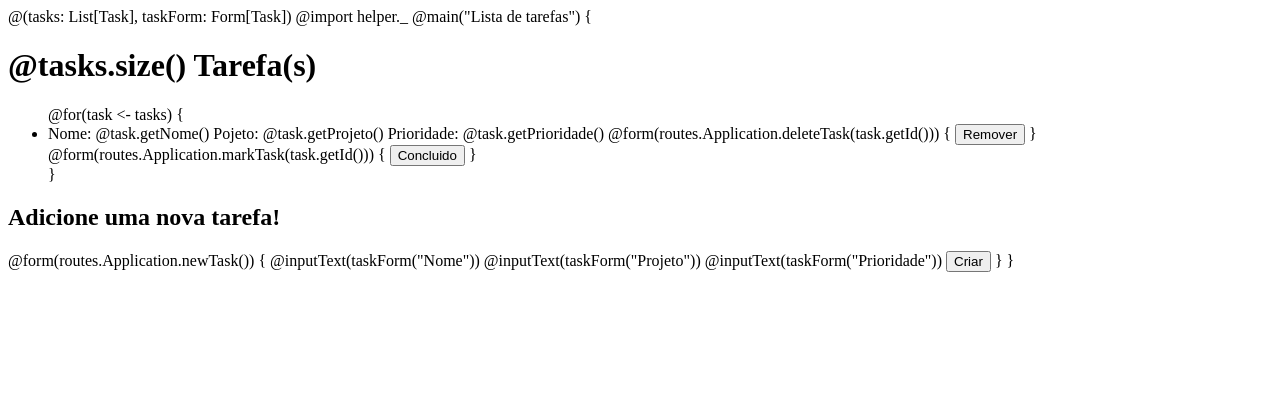
Repository: lcavalcante/si1
Page: lab2/.target/views/index.scala.html
These files come from the project's save history. The page is drawn as it stood at one moment and after the next save; the edit follows.
The browser window is 1280 px wide. The pictures show the whole page.

Above is the page before, as saved 2013-11-27 00:27:33.

### lab2/.target/views/index.scala.html
@(tasks: List[Task], taskForm: Form[Task])

@import helper._

@main("Lista de tarefas") {

    <h1>@tasks.size() Tarefa(s)</h1>

    <ul>
        @for(task <- tasks) {
            <li>
                Nome: @task.getNome() Pojeto: @task.getProjeto() Prioridade: @task.getPrioridade()

                @form(routes.Application.deleteTask(task.getId())) {
                    <input type="submit" value="Remover">

                }

                @form(routes.Application.markTask(task.getId())) {
                    <input type="submit" value="Concluido">
                }


            </li>
        }
    </ul>

    <h2>Adicione uma nova tarefa!</h2>

    @form(routes.Application.newTask()) {

        @inputText(taskForm("Nome"))
        @inputText(taskForm("Projeto"))
        @inputText(taskForm("Prioridade"))

        <input type="submit" value="Criar">

    }

}

After the next save:
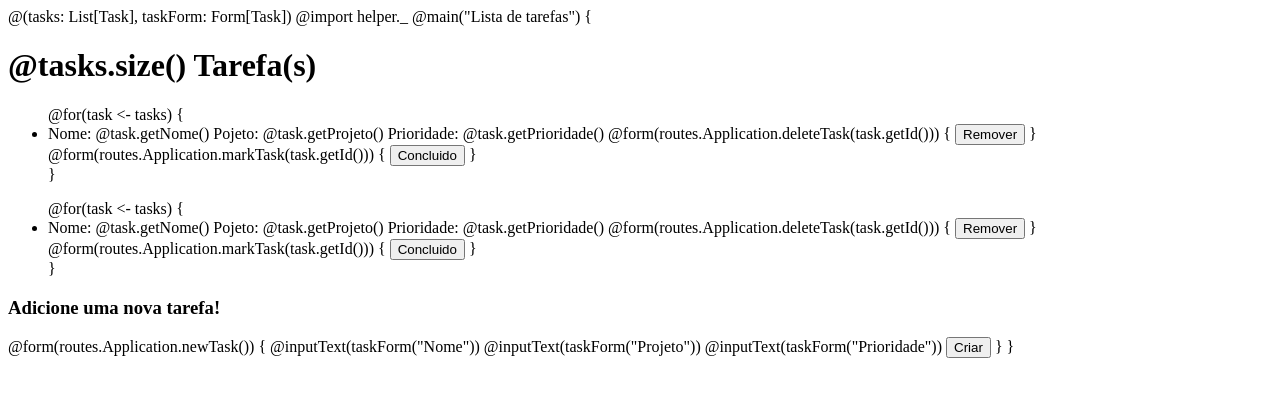
Saved 69 s later.
--- a/lab2/.target/views/index.scala.html
+++ b/lab2/.target/views/index.scala.html
@@ -25,7 +25,26 @@
         }
     </ul>
 
-    <h2>Adicione uma nova tarefa!</h2>
+    <ul>
+        @for(task <- tasks) {
+            <li>
+                Nome: @task.getNome() Pojeto: @task.getProjeto() Prioridade: @task.getPrioridade()
+
+                @form(routes.Application.deleteTask(task.getId())) {
+                    <input type="submit" value="Remover">
+
+                }
+
+                @form(routes.Application.markTask(task.getId())) {
+                    <input type="submit" value="Concluido">
+                }
+
+
+            </li>
+        }
+    </ul>
+
+    <h3>Adicione uma nova tarefa!</h3>
 
     @form(routes.Application.newTask()) {
 
